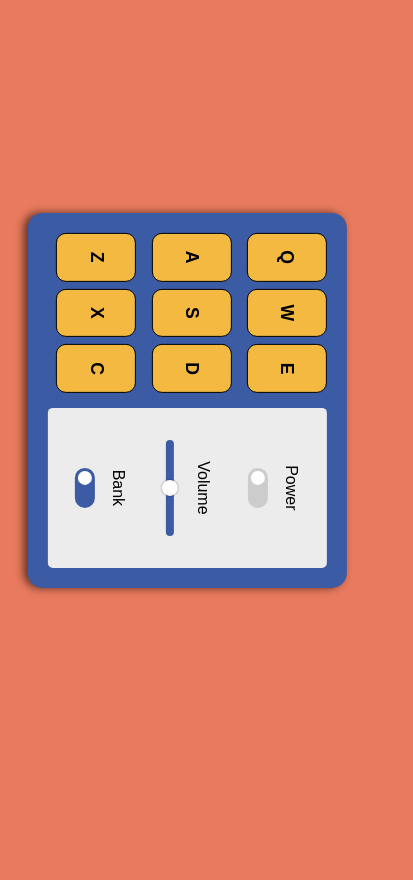
Repository: alfredoleano/drum-machine
Page: /
These files come from the project's save history. The page is drawn as it stood at one moment and after the next save; the edit follows.
The browser window is 375 px wide. The page is 375 px wide, then 413 px, so the pictures cover 413 px, including what lies to the right of the window. The pictures show the whole page.
The project was rebuilt for these pictures with package versions that can differ from the ones it lists, and the page was loaded fresh each time.

Above is the page before, as saved 2024-06-11 20:20:34.

After the next save:
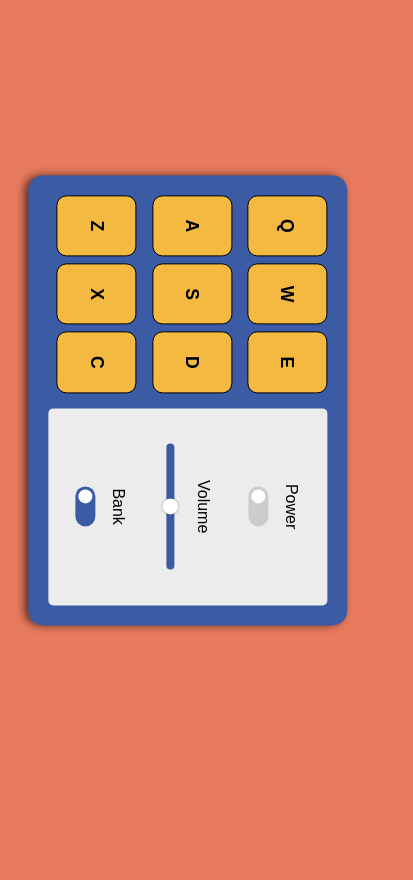
Saved 12 s later.
--- a/src/styles.scss
+++ b/src/styles.scss
@@ -245,6 +245,7 @@ input[type="range"]::-ms-track {
 
   #drum-machine {
     height: 120vh;
+    width: 120vw;
   }
 
   #display {
